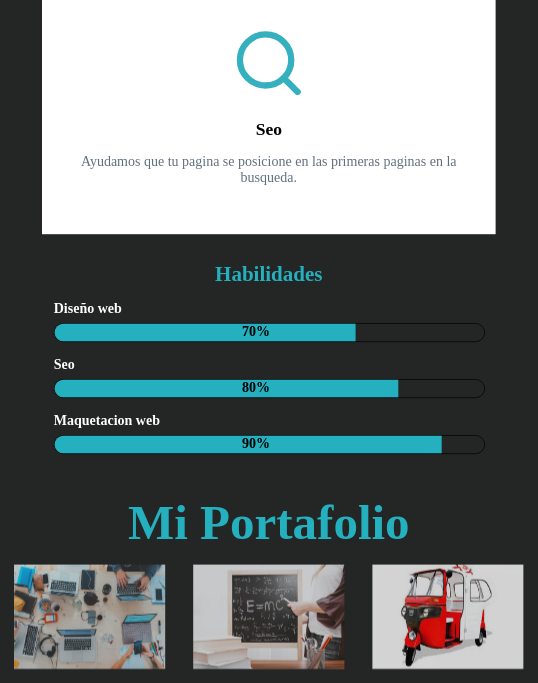
Repository: RobertAries28/PortafolioRobertEscalanteGomez2022
Page: index.html
An editor plug-in stored every save of this project. The page is shown before and after the next save, followed by the edit.
The browser window is 768 px wide. The pictures show the part of the page from y = 1631 to 3871 px (the page is 2607 px tall before and 3871 px after), at 70% of full size.

Above is the page before, as saved 2022-02-15 19:53:31.

### index.html
<!DOCTYPE html>
<html lang="en">
<head>
    <meta charset="UTF-8">
    <meta http-equiv="X-UA-Compatible" content="IE=edge">
    <meta name="viewport" content="width=device-width, initial-scale=1.0">
    <link rel="preconnect" href="https://fonts.googleapis.com">
<link rel="preconnect" href="https://fonts.gstatic.com" crossorigin>
<link href="https://fonts.googleapis.com/css2?family=Montserrat:wght@100&display=swap" rel="stylesheet">
    <link rel="stylesheet" href="estilos.css">
    <title>Document</title>
</head>
<body>
    <header class="main-header">
        <div class="l-container">

        <div class="main-menu-toggle" id="main-menu-toggle"></div>
             <nav class="main-nav" id="main-nav">
                 <ul class="main-menu">
                       <li class="main-menu__item">
                           <a class="main-menu__link" href="#">
                              Home
                           </a>
                       </li>

                       <li class="main-menu__item">
                         <a class="main-menu__link" href="#servicios">
                           Servicios
                         </a>
                       </li>

                       <li class="main-menu__item">
                        <a class="main-menu__link" href="#acercaMi">
                          Acerca de Mí
                        </a>
                       </li>


                     <li class="main-menu__item">
                         <a class="main-menu__link" href="#habilidades">
                           Mis Habilidades
                         </a>
                     </li>

                     <li class="main-menu__item">
                        <a class="main-menu__link" href="#">
                         Mi Portafolio
                        </a>
                    </li>

                    <li class="main-menu__item">
                        <a class="main-menu__link" href="#">
                         Contacto
                        </a>
                    </li>


                 </ul>
             </nav>


        </div>
     </header>
     <main>
        <div class="main-nombre">
              <h2>Soy</h2><hr color="white"/>
              <h1>Robert</h1>
              <p class="parrafo">Desarrollador <br> Frontend</p>
        </div>

        <div class="main-imagen">
              <img src="imagenes/fotoPerfil.jpeg" alt="">
        </div>

        <div class="main-experiencia">
               <p><span>1 año</span><br>experiencia</p>
               <div>
                 <img src="imagenes/linkedin.svg" alt="">
                 <img src="imagenes/instagram.svg" alt="">
                 <img src="imagenes/twitter.svg" alt="">
               </div>
        </div>

        <div class="main-iconos">
          <div>
             <img src="imagenes/gmail.png" alt="">
             <img src="imagenes/amazon.png" alt="">
             <img src="imagenes/spotify.png" alt="">
            </div>
        </div>
    </main>

    <section id="acercaMi">
      <h2>Acerca de mí</h2>
      <p>Soy un Profesional Bachiller en la carrera de ingeniería de sistemas en la Universidad nacional Tecnológica de Lima Sur con capacidad para trabajar en equipo, con dinamismo y creatividad, responsable, puntual, proactivo, organizado, eficiente, valores firmes, capacidad para resolver problemas y facilidad de comunicación. Deseo obtener mas conocimientos y experiencias en empresas relacionados a mi carrera.

        Quiero obtener un puesto en la empresa, para contribuir con mi experiencia en prácticas y habilidad en el logro de las metas generales de la empresa y las responsabilidades a mi cargo, con la oportunidad de continuar desarrollándome.</p>
    </section>

    <aside id="servicios">
      <h2 class="servicios">Servicios</h2>
      <div class="diseño">
        <img src="imagenes/pincel.svg" alt="">
        <h3>UX/UI Design</h3>
        <p>Eliga su diseño que desea y tambien le damos algunas sugerencias.</p>
      </div>

      <div class="marketing">
        <img src="imagenes/marketing.svg" alt="">
        <h3>Web Administrable</h3>
        <p>Administre las secciones que desee, agregando o quitando información.</p>
      </div>

      <div class="seo">
        <img src="imagenes/lupa.svg" alt="">
        <h3>Seo</h3>
        <p>Ayudamos que tu pagina se posicione en las primeras paginas en la busqueda.</p>
      </div>
    </aside>



    <article class="habilidades" id="habilidades">
      <h3>Habilidades</h3>
      <div class="caja">
          <h4>Diseño web</h4>
          <div class="contenedor">

              <h2 class="numb">70%</h2>
              <div class="relleno">
              </div>


         </div>
      </div>

      <div class="caja">
          <h4>Seo</h4>
          <div class="contenedor">

              <h2 class="numb2">80%</h2>
              <div class="relleno relleno2">
              </div>


         </div>
      </div>

      <div class="caja">
          <h4>Maquetacion web</h4>
          <div class="contenedor">

              <h2 class="numb3">90%</h2>
              <div class="relleno relleno3">
              </div>


         </div>
      </div>

    </article>

    <article id="portafolio">
      <h2>Mi Portafolio</h2>

      <div class="portafolio">
        <div>
           <a href="https://robertaries28.github.io/Desarrollar-Paginas-Web/"><img src="imagenes/pagina-web1.jpg" alt=""></a>

        </div>

        <div>
            <a href="https://robertaries28.github.io/MatematicasMaster/"><img src="imagenes/matematicas.jpg" alt=""></a>

          </div>

        <div>
            <a href="https://robertaries28.github.io/ServicioTransporteMototaxisV.E.S/"><img src="imagenes/mototaxis.jpg" alt=""></a>

          </div>

      </div>
    </article>




    <script src="javascript.js"></script>
</body>
</html>

### estilos.css
body{
    margin: 0;
    background: #242625;
}

.main-header{
    height: 4rem;
    background: #242635;
    position:sticky;

	top:0;

}
.l-container{
    max-width: 100%;
    padding-left: 1rem;
    padding-right: 1rem;
    display: flex;
    justify-content: space-between;
    align-items: center;

    height: 100%;
    color: white;

}
.main-menu{
    margin-top: 0;
    margin-bottom: 0;
    padding-left: 0;
    list-style: none;
    display: flex;
}

.main-menu li{
    padding: 0 20px;
}

a{
  text-decoration: none;
  color: white;
  font-family: 'Montserrat', sans-serif;
  font-size: 18px;
  font-weight: bold;
}


/*main*/

main{
    display: grid;
    grid-template-columns: 33.3% 33.3% 33.3%;
    grid-template-rows: repeat(3,auto);
    justify-items: center;
    padding-top: 30px;

}

.main-nombre{
    margin-left: 150px ;

}

.main-nombre h1{
    font-size: 150px;

    color: #24B0BE;
    margin: 0;
}

.main-nombre h2{
    font-size: 100px;
    margin: 0;

    color: white;
}

.main-nombre .parrafo{
    color: white;
    font-size: 40px;
    margin: 0;

}
.main-nombre hr{
    margin-bottom: 0;

}

.main-imagen{

    z-index: -100000;


}

.main-imagen img{

    width: 100%;
    height: 100%;
    border-radius: 50%;
    min-width: 20%;



}

.main-experiencia{
    margin-right: 50px;
}

.main-experiencia p{
    color: white;
    font-size: 45px;

}

.main-experiencia span{
    color: #24B0BE;
    padding-right: 5px;
}

.main-experiencia img{
    background: #D1CECA;
    width: 50px;

    border-radius: 50%;
    padding: 10px;
    margin: 0 15px;
}

.main-experiencia div{
    display: flex;
    justify-content: center;
}

.main-iconos{
   grid-column: 1 / span 3;
 justify-self: center;
   background: #212F3C;
  width:85%;
  position: relative;
 top: -10px;
 border-radius: 20px;
 z-index: -500;
}

.main-iconos div{
    display: flex;
  justify-content: center;
}

.main-iconos img{
    width: 10%;

  background: #D1CECA;
  padding: 0 15px;
  margin: 20px 10px;
  border-radius: 10px;
}

/*section*/
section{
 margin: 0 50px;
 padding: 0 100px;
}
section h2{
    text-align: center;
    font-size: 80px;
    margin-top: 40px ;
    margin-bottom: 20px;
    color: #24B0BE;
}

section p{
    text-align: center;
    color: white;
    font-size: 25px;
    line-height: 35px;
}

/* aside serivicios*/

aside{
    margin: 0 60px;
    display: grid;
    grid-gap: 60px;
    grid-template-columns: 1fr 1fr 1fr;
    grid-template-rows: auto auto;

    grid-template-areas: "servicios servicios servicios"
                         "diseño marketing seo";



}

aside p{
    color: #62707E;
    text-align: center;
    font-size: 20px;
}

aside h3{
    color: black;
    font-size: 25px;
}

aside .servicios{
    grid-area: servicios;
    text-align: center;
    font-size: 80px;
    color: #24B0BE;
    margin-bottom: 0;

}


aside .diseño{
    grid-area: diseño;
    background: white;
}

aside .marketing{
    grid-area: marketing;
    background: white;
}

aside .seo{
    grid-area: seo;
    background: white;
}

aside div{
    display: flex;
    flex-direction: column;
   align-items: center;
   padding: 50px;
}

/*article habilidades*/

.habilidades {
    width: 100%;

    margin: auto;
    display: flex;
    flex-direction: column;
    align-items: center;


}

.habilidades h3{
    font-size: 80px;
    color: #24B0BE;
    margin-top: 40px;
    margin-bottom: 0;
}

.habilidades h4{
    font-size: 30px;
    color: white;
    margin-top: 20px;
    margin-bottom: 10px;
}

.caja{
    width: 80%;
}

.contenedor {
    width: 100%;
    height: 25px;
    border: 1px solid black;
    align-self: center;
    border-top-left-radius: 50px;
    border-top-right-radius: 50px;
    border-bottom-left-radius: 50px;
    border-bottom-right-radius: 50px;
    margin-right: 0;
}

.relleno {
    width: 0px;
    height: 100%;
    background: #24B0BE;
    border-top-left-radius: 50px;
    border-bottom-left-radius: 50px;
    animation-name: coloreado;
    animation-delay: 0s;
    animation-duration: 3s;
    animation-timing-function: cubic-bezier(.17, .67, .83, .67);
    animation-fill-mode: forwards;
}

.relleno2{
    animation-name: coloreado2;
    animation-delay: 0s;
    animation-duration: 3s;
    animation-timing-function: cubic-bezier(.17, .67, .83, .67);
    animation-fill-mode: forwards;
}

.relleno3{
    animation-name: coloreado3;
    animation-delay: 0s;
    animation-duration: 3s;
    animation-timing-function: cubic-bezier(.17, .67, .83, .67);
    animation-fill-mode: forwards;
}

.contenedor h2 {
    position: absolute;
    left: 45%;
    margin: 0 auto;
}

.contenedor h3 {
    text-align: center;
    margin: 10px auto;
}

@keyframes coloreado {
    10% {
        width: 0%;
    }
    100% {
        width: 70%;
    }
}

@keyframes coloreado2 {
    10% {
        width: 0%;
    }
    100% {
        width: 80%;
    }
}

@keyframes coloreado3 {
    10% {
        width: 0%;
    }
    100% {
        width: 90%;
    }
}


/*article portafolio*/
 .portafolio{
     display: flex;


 }

 #portafolio h2{
  font-size: 70px;
  text-align: center;
  color: #24B0BE;
  margin-bottom: 0;
 }



 .portafolio div{
     width: 100%;
     margin: 20px;
 }

 .portafolio img{
     width: 100%;
     height: 100%;
     filter: opacity(0.8);
 }

@media screen and ( max-width: 768px){



.main-menu__item{
    padding: .5rem 0 .5rem 1rem
}

.main-menu__link{
    color: white;
    margin-left: 1rem;
}



.main-nav{
    position: fixed;
    height: calc(100vh - 4rem);
    width: 200px;
    background: black;
    top: 4rem;
    right: -200px;




}

.main-menu{
    flex-direction: column;
}

.main-menu li{
    padding: 10px 0;
}



.show{
right: 0px;
transition-duration: 1s;
transition-timing-function:ease-in-out

}

 :not(.show){
     transition-duration: 1s;
  transition-timing-function: ease-in
 }


.main-menu-toggle{
    width: 2.4rem;
    margin-left: calc(100% - 38.4px);
    height: 1.6rem;
    background: linear-gradient(white 20%, transparent 20%, transparent 40%, white 40%, white 60%, transparent 60%, transparent 80%, white 80%);
    cursor: pointer;

}

/* main*/

.main-nombre{
    margin-left: 0px;
}

.main-nombre h1{
    font-size: 30px;

    color: #24B0BE;
    margin: 0;
}

.main-nombre h2{
    font-size: 20px;
    margin: 0;

    color: white;
}

.main-nombre .parrafo{
    color: white;
    font-size: 15px;
    margin: 0;

}


.main-experiencia{
    margin-right: 10px;
}

.main-experiencia p{
    color: white;
    font-size: 15px;
    margin-top: 0;
    margin-bottom: 10px;

}



.main-experiencia img{
    background: #D1CECA;


    border-radius: 50%;
    padding: 10px;
    width: 10%;
    margin: 0 5px;
}

.main-iconos{
    border-radius: 20px;
    padding-top: 0px;
    padding-bottom: 0px;

}

.main-iconos img{
    margin-top:10px ;
    margin-bottom:10px ;
}

section h2{
 font-size: 30px;
}

section{
    padding: 0;
    margin: 0 15px;

}
section p{
    font-size: 15px;
    padding: 0;
    line-height: 25px;
}

/* aside servicios */
aside h3{
    text-align: center;
    margin-bottom: 0;
}
aside{

    grid-template-columns: 1fr 1fr 1fr;
    grid-template-rows: auto auto auto auto;
    grid-template-areas: "servicios servicios servicios"
    "diseño diseño diseño"
     "marketing marketing marketing" "seo seo seo";
}

aside .servicios{
    font-size: 30px;
}

/*article*/
    .habilidades h3{
      font-size: 30px;
    }

    .habilidades h4{
        font-size: 20px;
    }

    .habilidades h2{
        font-size: 20px;
    }
}

### javascript.js
 const showMenu = (toggleId, navId) =>{
               const toggle = document.getElementById(toggleId),
               nav = document.getElementById(navId)

               if(toggle && nav){
                   toggle.addEventListener('mouseover' , ()=>{
                       nav.classList.toggle('show')
                   })



               }

               if(toggle && nav){
                   toggle.addEventListener('mouseout' , ()=>{
                       nav.classList.toggle('show')
                   })



               }



           }
           showMenu('main-menu-toggle','main-nav')

           const numb = document.querySelector(".numb");
           let counter = 0;
           setInterval(() => {
               if (counter == 70) {
                   clearInterval();
               } else {
                   counter += 1;
                   numb.textContent = counter + "%";
               }
           }, 35);

After the next save:
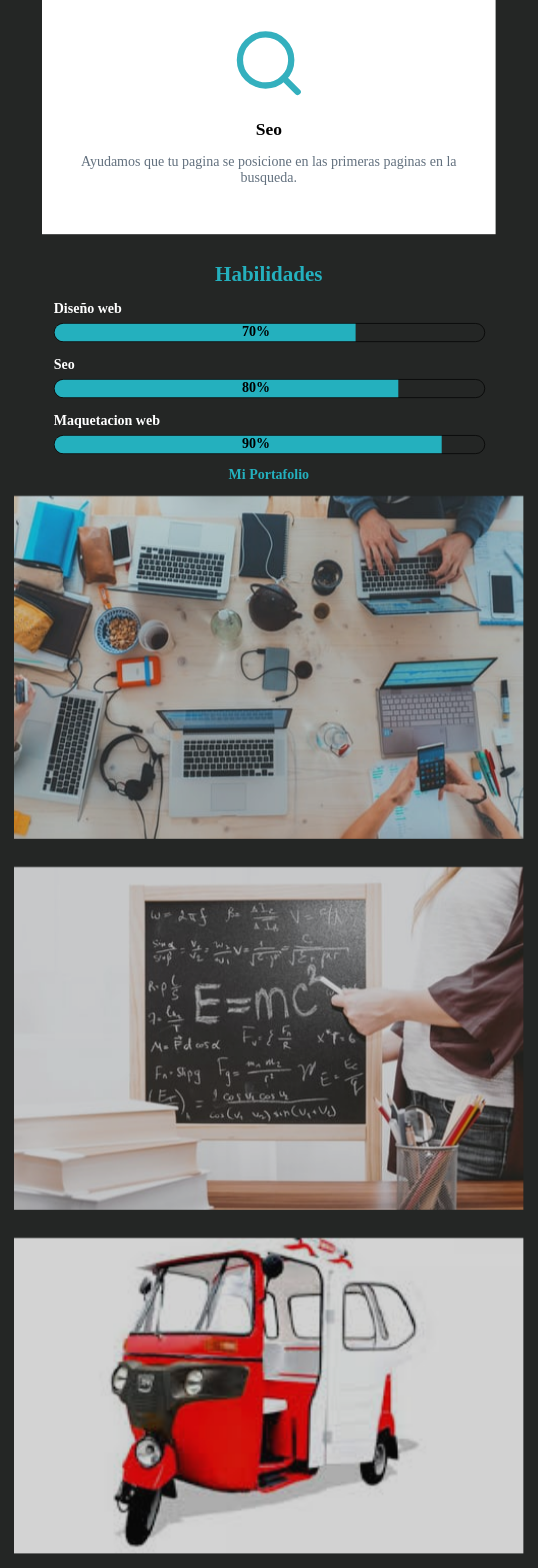
Saved 80 s later.
--- a/estilos.css
+++ b/estilos.css
@@ -543,4 +543,13 @@
     .habilidades h2{
         font-size: 20px;
     }
-}
+
+    /*article portafolio*/
+
+    #portafolio h2{
+        font-size: 20px;
+    }
+    .portafolio{
+        flex-wrap: wrap;
+    }
+}
